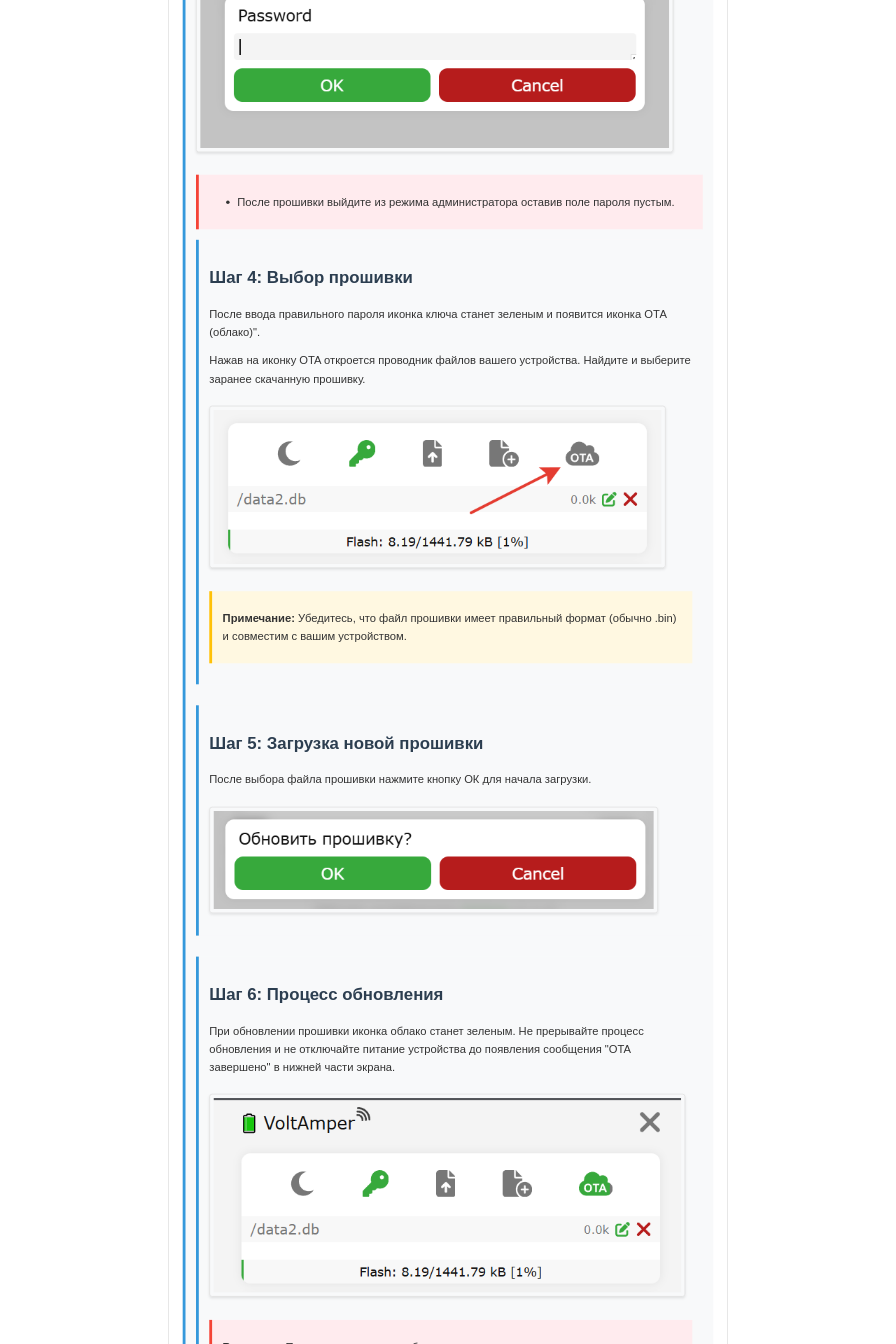
Repository: NikElectronics/ELIXStoFIX
Page: firmware.html
An editor plug-in stored every save of this project. The page is shown before and after the next save, followed by the edit.
The browser window is 1280 px wide. The pictures show the part of the page from y = 2561 to 4481 px (the page is 6064 px tall before and 5956 px after), at 70% of full size.

Above is the page before, as saved 2026-01-21 09:28:00.

### firmware.html
<!DOCTYPE html>
<html lang="ru">

<head>
    <meta charset="UTF-8">
    <meta name="viewport" content="width=device-width, initial-scale=1.0">
    <title>Инструкция по обновлению прошивки</title>
    <style>
        body {
            font-family: Arial, sans-serif;
            line-height: 1.6;
            max-width: 800px;
            margin: 0 auto;
            padding: 20px;
            color: #333;
        }

        h1,
        h2,
        h3 {
            color: #2c3e50;
        }

        .step {
            margin-bottom: 30px;
            padding: 15px;
            border-left: 4px solid #3498db;
            background-color: #f8f9fa;
        }

        .screenshot {
            max-width: 100%;
            border: 1px solid #ddd;
            border-radius: 4px;
            padding: 5px;
            margin: 10px 0;
            box-shadow: 0 2px 4px rgba(0, 0, 0, 0.1);
            cursor: pointer;
            transition: transform 0.3s ease;
        }

        .screenshot:hover {
            transform: scale(1.05);
        }

        /* Стили для модального окна изображения */
        .modal {
            display: none;
            position: fixed;
            z-index: 1000;
            left: 0;
            top: 0;
            width: 100%;
            height: 100%;
            background-color: rgba(0, 0, 0, 0.9);
            backdrop-filter: blur(5px);
        }

        .modal-content {
            display: block;
            margin: auto;
            max-width: 90%;
            max-height: 90%;
            position: absolute;
            top: 50%;
            left: 50%;
            transform: translate(-50%, -50%);
            border-radius: 8px;
        }

        .close {
            position: absolute;
            top: 20px;
            right: 35px;
            color: #fff;
            font-size: 40px;
            font-weight: bold;
            cursor: pointer;
            z-index: 1001;
        }

        .close:hover {
            color: #ccc;
        }

        .note {
            background-color: #fff8e1;
            border-left: 4px solid #ffc107;
            padding: 10px 15px;
            margin: 15px 0;
        }

        .warning {
            background-color: #ffebee;
            border-left: 4px solid #f44336;
            padding: 10px 15px;
            margin: 15px 0;
        }

        code {
            background-color: #f5f5f5;
            padding: 2px 4px;
            border-radius: 3px;
            font-family: monospace;
        }

        .download-btn {
            display: inline-block;
            background-color: #3498db;
            color: white;
            padding: 12px 24px;
            text-decoration: none;
            border-radius: 6px;
            font-weight: bold;
            transition: all 0.3s ease;
            box-shadow: 0 2px 5px rgba(0, 0, 0, 0.2);
            margin: 15px 0;
        }

        .download-btn:hover {
            background-color: #2980b9;
            transform: translateY(-2px);
            box-shadow: 0 4px 8px rgba(0, 0, 0, 0.2);
        }

        .download-btn:active {
            transform: translateY(0);
            box-shadow: 0 2px 3px rgba(0, 0, 0, 0.2);
        }

        .download-container {
            text-align: center;
            margin: 20px 0;
        }

        .tab-btn {
            background-color: #e0e0e0;
            border: none;
            outline: none;
            cursor: pointer;
            padding: 14px 16px;
            font-size: 16px;
            border-radius: 4px 4px 0 0;
            transition: 0.3s;
        }

        .tab-btn.active {
            background-color: #3498db;
            color: white;
        }

        .tab-btn:hover:not(.active) {
            background-color: #bdc3c7;
        }

        .tab-content {
            padding: 20px;
            border: 1px solid #ddd;
            border-top: none;
            border-radius: 0 0 4px 4px;
        }
    </style>
</head>

<body>

    <h1>Инструкция по обновлению прошивки</h1>

    <div style="display: flex; gap: 20px; margin: 20px 0;">
        <button id="otaTab" class="tab-btn active" onclick="showTab('ota')">OTA обновление</button>
        <button id="usbTab" class="tab-btn" onclick="showTab('usb')">USB обновление</button>
    </div>

    <div id="otaContent" class="tab-content">

        <div class="download-container" id="downloadSection">
            <a href="files/lxtfix_V201.bin" download class="download-btn">
                📥 Скачать прошивку lxtfix_V201.bin
            </a>
            <a href="files/lxtfix_V3(XGT).bin" download class="download-btn">
                📥 Скачать прошивку lxtfix_V3(XGT).bin
            </a>
        </div>

        <p>Подключитесь к Wi-Fi сети устройства с любого устройства (компьютера, телефона или планшета)</p>

        <div class="warning">
            <h3>⚠️ ВАЖНО: Перед началом обновления</h3>
            <p><strong>Обязательно сохраните лицензионный ключ и номер прибора!</strong> При случайном удалении файла с базой данных
                 (который доступен в режиме администратора) потребуется повторная активация.</p>
            <p>Рекомендуется:</p>
            <ul>
                <li>Сделать скриншот раздела с лицензионной информацией</li>
                <li>Записать номер прибора и лицензионный ключ на бумаге</li>
                <li>Сохранить эти данные в надежном месте</li>
            </ul>
        </div>

        <div class="step">
            <h2>Шаг 1: Подключение к устройству</h2>
            <p>Убедитесь, что устройство включено и подключено к Wi-Fi сети. В коде указано, что устройство создает
                точку
                доступа с именем "Makita" и паролем "12345678".</p>
            <div class="note">
                <p><strong>Примечание:</strong> В коде устройства заданы следующие настройки:</p>
                <ul>
                    <li>SSID: <code>Makita</code></li>
                    <li>Пароль: <code>12345678</code></li>
                    <li>Режим: Точка доступа (AP)</li>
                </ul>
            </div>
            <p>Подключитесь к Wi-Fi сети устройства с любого устройства (компьютера, телефона или планшета)</p>
            <p>Откройте WEB браузер и перейдите по адресу 192.168.4.1 (предварительно отключите сеть "Мобильные данные")
            </p>
        </div>

        <div class="step">
            <h2>Шаг 2: Открытие меню</h2>
            <p>Откройте меню нажав на иконку указанную на рисунке ниже. </p>
            <img src="images/menu.png" alt="Главная страница веб-интерфейса" class="screenshot">
        </div>

        <div class="step">
            <h2>Шаг 3: Ввод пароля администратора.</h2>
            <p>После открытия меню нажмите иконку ключ указанную на рисунке.</p>
            <img src="images/menu_open.png" alt="Главная страница веб-интерфейса" class="screenshot">
            <p>И введите в поле, открывшегося окна Password, пароль LXTFIX (для новых версий) или nik1709 (для старых
                версий)</p>
            <img src="images/password.png" alt="Главная страница веб-интерфейса" class="screenshot">
                 <div class="warning" id="importantWarnings">
            <!-- <h3>Важные предупреждения</h3> -->
            <ul>
                <!-- <li>Под паролем администратора не совершайте иных действий кроме указанных в данной инструкции.</li>
                <li>Убедитесь, что источник прошивки надежный и файл не поврежден</li>
                <li>Не прерывайте процесс обновления</li>
                <li>Убедитесь, что устройство имеет стабильное питание во время обновления</li> -->
                <li>После прошивки выйдите из режима администратора оставив поле пароля пустым.</li>
            </ul>

        </div>

        <div class="step">
            <h2>Шаг 4: Выбор прошивки</h2>
            <p>После ввода правильного пароля иконка ключа станет зеленым и появится иконка ОТА (облако)".</p>
            <p>Нажав на иконку OTA откроется проводник файлов вашего устройства. Найдите и выберите заранее скачанную
                прошивку.</p>
            <img src="images/pass_good.png" alt="Раздел программатора" class="screenshot">
            <div class="note">
                <p><strong>Примечание:</strong> Убедитесь, что файл прошивки имеет правильный формат (обычно .bin) и
                    совместим с вашим устройством.</p>
            </div>
        </div>

        <div class="step">
            <h2>Шаг 5: Загрузка новой прошивки</h2>
            <p>После выбора файла прошивки нажмите кнопку ОК для начала загрузки. </p>
            <img src="images/firmware.png" alt="Интерфейс загрузки прошивки" class="screenshot">
        </div>

        <div class="step">
            <h2>Шаг 6: Процесс обновления</h2>
            <p>При обновлении прошивки иконка облако станет зеленым. Не прерывайте процесс обновления и не отключайте
                питание устройства до появления сообщения "OTA завершено" в нижней части экрана.</p>
            <img src="images/green.png" alt="Процесс обновления прошивки" class="screenshot">
            <div class="warning">
                <p><strong>Внимание:</strong> Прерывание процесса обновления может привести к повреждению прошивки и
                    необходимости физического перепрограммирования устройства!</p>
            </div>
        </div>

        <div class="step">
            <h2>Шаг 7: Завершение обновления</h2>
            <p>После успешной загрузки прошивки устройство обычно перезагружается автоматически. Если этого не
                произошло, вы
                можете перезагрузить устройство вручную с помощью кнопки "Перезагрузить" в веб-интерфейсе или выключив и
                включив питание.</p>
        </div>

        <div class="step">
            <h2>Шаг 8: Проверка новой версии</h2>
            <p>После перезагрузки снова откройте меню и проверьте, что версия прошивки изменилась на новую.</p>
            <img src="images/control.png" alt="Процесс обновления прошивки" class="screenshot">
        </div>

        <div class="note" id="additionalInfo">
            <h3>Дополнительная информация</h3>
            <p>В коде устройства реализована система лицензирования через серийный номер. Если после обновления
                возникают
                проблемы с лицензией, проверьте правильность введенного ключа в разделе программатора. Обратитесь в
                техподдержку.</p>
        </div>

        <div class="warning" id="importantWarnings">
            <h3>Важные предупреждения</h3>
            <ul>
                <li>Под паролем администратора не совершайте иных действий кроме указанных в данной инструкции.</li>
                <li>Убедитесь, что источник прошивки надежный и файл не поврежден</li>
                <li>Не прерывайте процесс обновления</li>
                <li>Убедитесь, что устройство имеет стабильное питание во время обновления</li>
                <li>После прошивки выйдите из режима администратора.</li>
            </ul>
        </div>
    </div>

    <div id="usbContent" class="tab-content" style="display: none;">
        <div class="download-container" id="downloadSection">
            <a href="files/lxtfix_V201.bin" download class="download-btn">
                📥 Скачать прошивку lxtfix_V201.bin
            </a>
            <a href="files/lxtfix_V3(XGT).bin" download class="download-btn">
                📥 Скачать прошивку lxtfix_V3(XGT).bin
            </a>
        </div>

        <div class="warning">
            <h3>⚠️ ВАЖНО: Перед началом обновления</h3>
            <p><strong>Обязательно сохраните лицензионный ключ и номер прибора!.</p>
            <p>Рекомендуется:</p>
            <ul>
                <li>Сделать скриншот раздела с лицензионной информацией</li>
                <li>Записать номер прибора и лицензионный ключ на бумаге</li>
                <li>Сохранить эти данные в надежном месте</li>
            </ul>
        </div>

        <div class="step">
            <h2>Шаг 1: Подготовка к USB обновлению</h2>
            <p>Для обновления прошивки через USB понадобится:</p>
            <ul>
                <li>USB кабель (micro-USB или USB-C, в зависимости от модели устройства)</li>
                <li>Скачанная прошивка (.bin файл)</li>
                <li>WEB ресурс для прошивки <a href="https://esptool.spacehuhn.com/" target="_blank">ESPWebTool</a></li>
            </ul>
            <div class="note">
                <p><strong>Примечание:</strong> Убедитесь, что у вас установлены драйверы для подключения ESP32 к
                    компьютеру и устройство определяется.</p>
            </div>
        </div>

        <div class="step">
            <h2>Шаг 2: Подключение к прибору</h2>
            <p>Подключите USB кабель к диагностическому модулю.</p>
            <img src="images/usb-connection.png" alt="Подключение устройства через USB" class="screenshot">
        </div>

        <div class="step">
            <h2>Шаг 3: Запуск режима прошивки</h2>
            <img src="images/esp.png" alt="Запуск прошивки" class="screenshot">
            <p>Зажмите кнопку BOOT на плате ESP32 и подайте питание подключив USB кабель к компьютеру, удерживая кнопку.
                После включения питания можно отпустить кнопку.</p>
            <div class="note">
                <p><strong>Примечание:</strong> Устройство должно появиться в диспетчере устройств как COM порт.</p>
            </div>
        </div>

        <div class="step">
            <h2>Шаг 4: Настройка и загрузка прошивки</h2>
            <p>Откройте <a href="https://esptool.spacehuhn.com/" target="_blank">ESPWebTool</a> и настройте параметры:
            </p>
            <ul>
                <li>Нажмите иконку CONNECT</li>
                <img src="images/connect.png" alt="Интерфейс программатора" class="screenshot">
                <li>Из предлагаемого списка com выберите USB JTAG/Serial debug и нажмите Подключение</li>
                <img src="images/JTAG.png" alt="Интерфейс программатора" class="screenshot">
                <li>Нажав иконку SELECT и выберите файл прошивки, который вы скачали ранее </li>
                <img src="images/Select.png" alt="Интерфейс программатора" class="screenshot">
                <li>Нажмите иконку PROGRAM.</li>
                <img src="images/Program.png" alt="Интерфейс программатора" class="screenshot">
                <li>Дождитесь окончания загруки.</li>
            </ul>
            <!-- <img src="images/programmer-tab.jpeg" alt="Интерфейс программатора" class="screenshot"> -->
        </div>

        <!-- <div class="step">
            <h2>Шаг 5: Загрузка прошивки</h2>
            <p>Начните процесс прошивки, нажав кнопку "Start" или "Upload" в программе. Дождитесь завершения процесса.</p>
            <img src="images/programmer-tab.jpeg" alt="Процесс загрузки прошивки" class="screenshot">
            <div class="warning">
                <p><strong>Внимание:</strong> Не отключайте USB кабель и не выключайте устройство до завершения процесса прошивки!</p>
            </div>
        </div> -->

        <div class="step">
            <h2>Шаг 5: Перезагрузка устройства</h2>
            <p>После успешной загрузки прошивки отключите питание устройства и отсоедините USB кабель. Затем снова
                подключите питание, чтобы запустить новую прошивку.</p>
        </div>

        <div class="step">
            <h2>Шаг 6: Проверка новой версии</h2>
            <p>После перезагрузки откройте веб-интерфейс устройства и проверьте, что версия прошивки изменилась на
                новую.</p>
            <img src="images/control.png" alt="Версия прошивки" class="screenshot">
        </div>

        <div class="note" id="additionalInfoUsb">
            <h3>Дополнительная информация</h3>
            <p>Если у вас возникли проблемы с подключением устройства к компьютеру, проверьте наличие и
                работоспособность USB драйверов.</p>
            <p>В коде устройства реализована система лицензирования через серийный номер. Если после обновления
                возникают
                проблемы с лицензией, проверьте правильность введенного ключа в разделе программатора. Обратитесь в
                техподдержку.</p>
        </div>

        <div class="warning" id="importantWarningsUsb">
            <h3>Важные предупреждения</h3>
            <ul>
                <li>Убедитесь, что используете правильный файл прошивки для вашей модели устройства</li>
                <li>Не прерывайте процесс прошивки до его завершения</li>
                <li>Убедитесь, что устройство имеет стабильное питание во время обновления</li>
                <li>Проверьте правильность настроек COM порта и скорости соединения</li>
                <!-- <li>Убедитесь, что источник прошивки надежный и файл не поврежден</li> -->
            </ul>
        </div>
    </div>

    <!-- Модальное окно для изображений -->
    <div class="modal" id="imageModal">
        <span class="close" id="closeModal">&times;</span>
        <img class="modal-content" id="modalImage" src="" alt="">
    </div>

    <script>
        // Функция переключения вкладок
        function showTab(tabName) {
            // Скрыть все содержимое вкладок
            document.getElementById('otaContent').style.display = 'none';
            document.getElementById('usbContent').style.display = 'none';

            // Убрать активный класс со всех кнопок
            document.getElementById('otaTab').classList.remove('active');
            document.getElementById('usbTab').classList.remove('active');

            // Показать выбранную вкладку и сделать кнопку активной
            document.getElementById(tabName + 'Content').style.display = 'block';
            document.getElementById(tabName + 'Tab').classList.add('active');
        }

        // Функция для открытия модального окна с изображением
        function openImageModal(src, alt) {
            const modal = document.getElementById('imageModal');
            const modalImg = document.getElementById('modalImage');
            const closeModal = document.getElementById('closeModal');

            modalImg.src = src;
            modalImg.alt = alt;

            modal.style.display = 'block';

            // Обработчики закрытия
            closeModal.onclick = function () {
                modal.style.display = 'none';
            };

            modal.onclick = function () {
                modal.style.display = 'none';
            };
        }

        // Добавляем функционал для увеличения изображений
        document.addEventListener('click', function (event) {
            // Проверяем, является ли клик по изображению в контейнере
            if (event.target.classList.contains('screenshot')) {
                openImageModal(event.target.src, event.target.alt);
            }
        });

        // Закрытие модального окна при нажатии на клавишу Escape
        document.addEventListener('keydown', function (event) {
            if (event.key === 'Escape') {
                const modal = document.getElementById('imageModal');
                if (modal.style.display === 'block') {
                    modal.style.display = 'none';
                }
            }
        });
    </script>
</body>

</html>

After the next save:
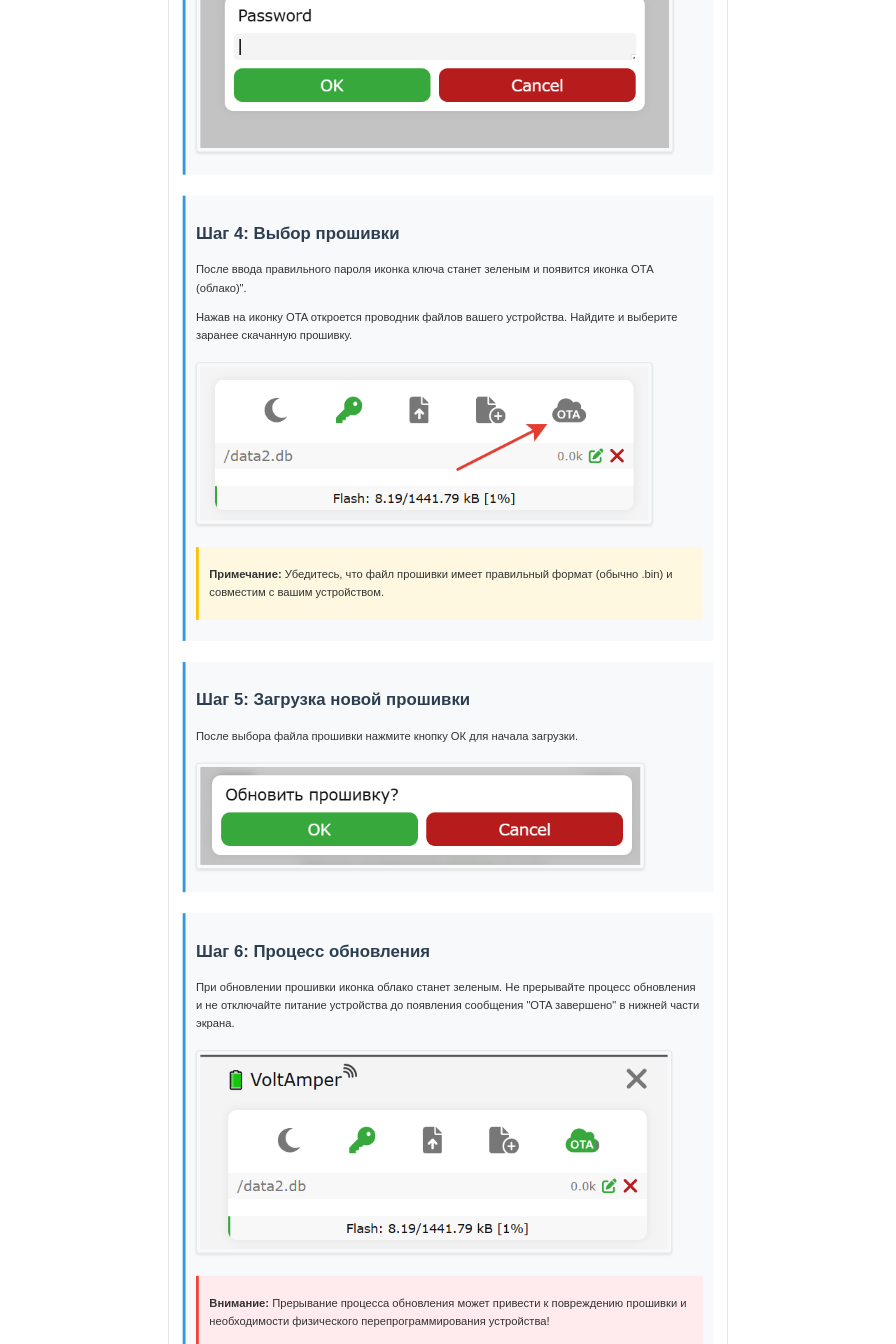
Saved 59 s later.
--- a/firmware.html
+++ b/firmware.html
@@ -227,15 +227,6 @@
             <p>И введите в поле, открывшегося окна Password, пароль LXTFIX (для новых версий) или nik1709 (для старых
                 версий)</p>
             <img src="images/password.png" alt="Главная страница веб-интерфейса" class="screenshot">
-                 <div class="warning" id="importantWarnings">
-            <!-- <h3>Важные предупреждения</h3> -->
-            <ul>
-                <!-- <li>Под паролем администратора не совершайте иных действий кроме указанных в данной инструкции.</li>
-                <li>Убедитесь, что источник прошивки надежный и файл не поврежден</li>
-                <li>Не прерывайте процесс обновления</li>
-                <li>Убедитесь, что устройство имеет стабильное питание во время обновления</li> -->
-                <li>После прошивки выйдите из режима администратора оставив поле пароля пустым.</li>
-            </ul>
 
         </div>
 
